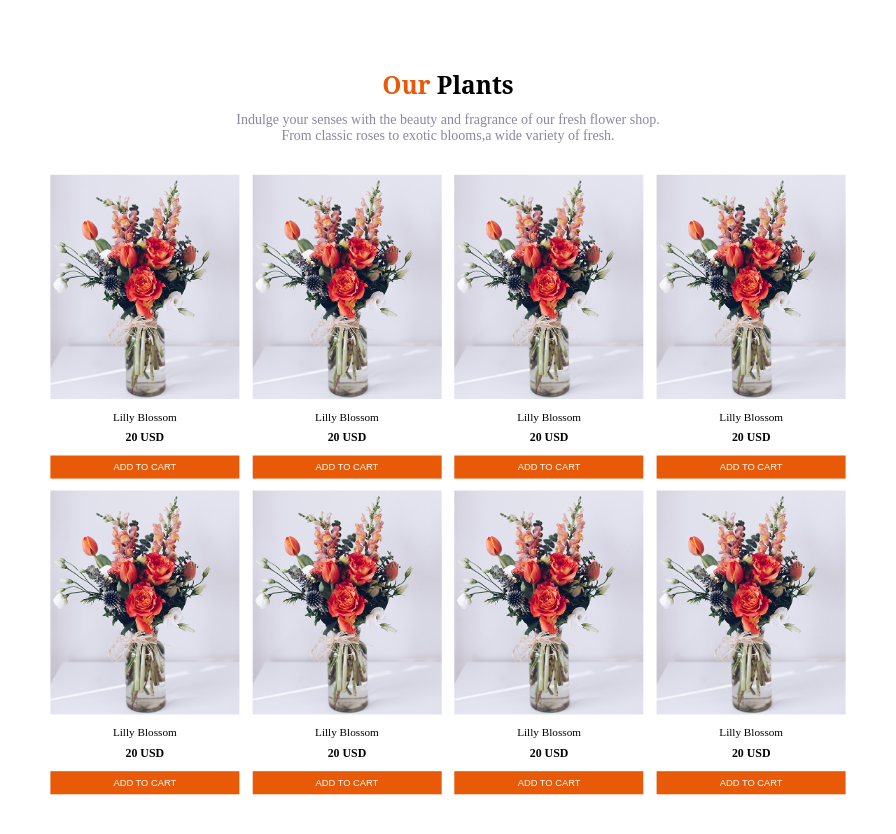
Repository: dollyrakhe22/Flowers-main-website
Page: index.html
An editor plug-in stored every save of this project. The page is shown before and after the next save, followed by the edit.
The browser window is 1280 px wide. The pictures show the part of the page from y = 714 to 2634 px (the page is 1906 px tall before and 2808 px after), at 70% of full size.
Some web libraries are served in a nearby version.

Above is the page before, as saved 2025-07-25 12:48:20.

After the next save:
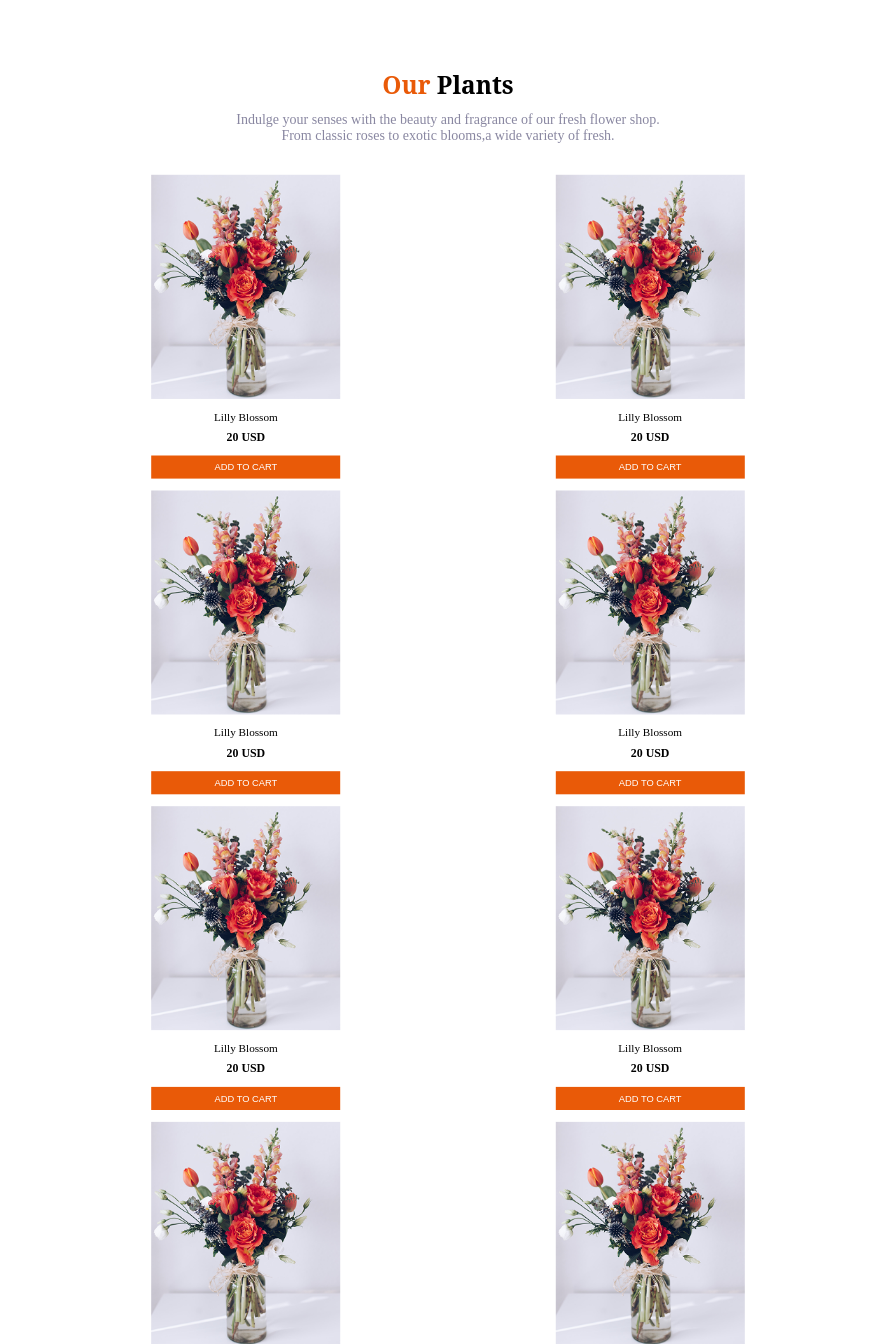
Saved 48 s later.
--- a/style.css
+++ b/style.css
@@ -406,3 +406,9 @@ input{
 
 }
 /*plant section end*/
+
+.card-container{
+
+    grid-template-columns: repeat(2,1fr);
+    gap: 5px;
+}

After the save that followed:
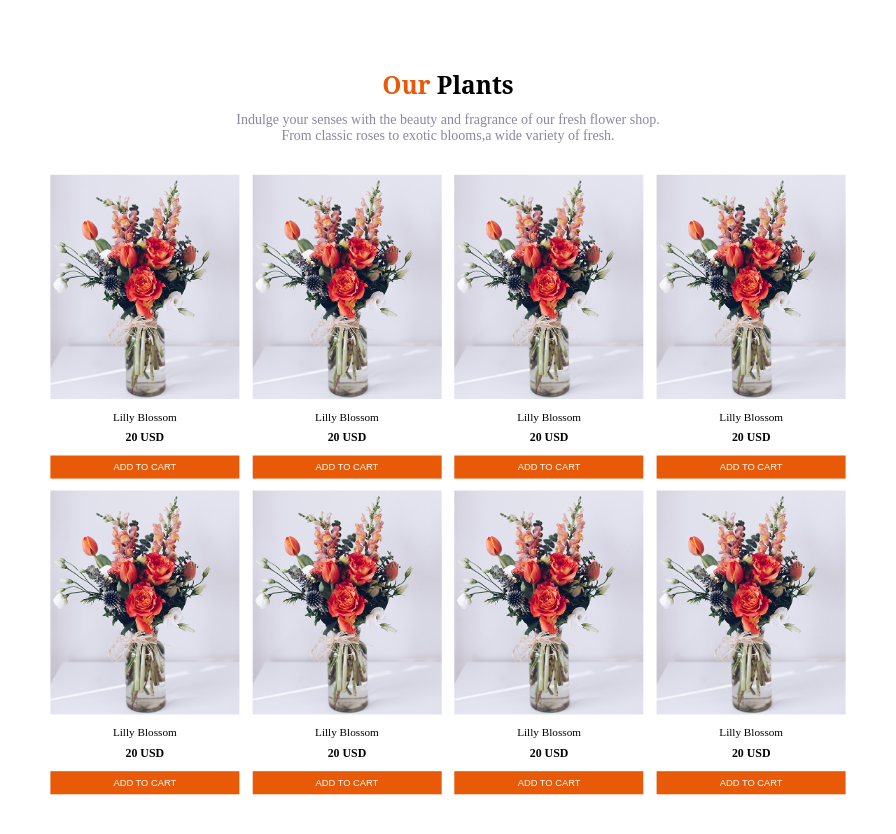
Saved 61 s later.
--- a/style.css
+++ b/style.css
@@ -406,9 +406,4 @@ input{
 
 }
 /*plant section end*/
-
-.card-container{
-
-    grid-template-columns: repeat(2,1fr);
-    gap: 5px;
-}
+.card-container
